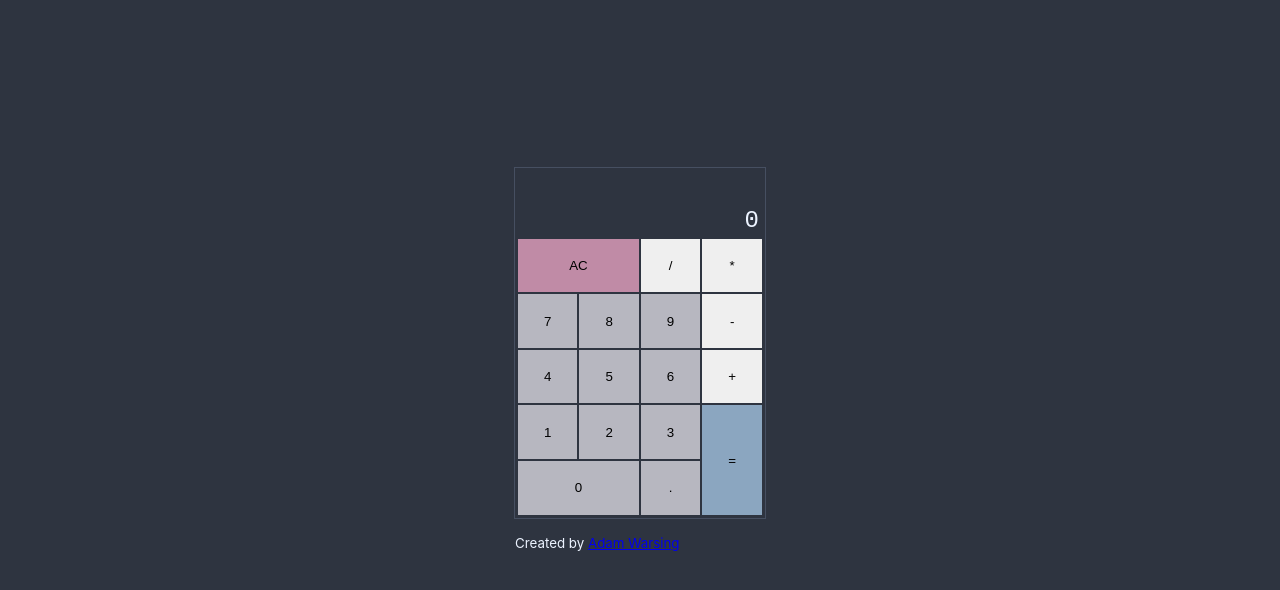
Repository: asing44/FCC
Page: / (app in Front-End-Projects/Calculator/)
An editor plug-in stored every save of this project. The page is shown before and after the next save, followed by the edit.
The browser window is 1280 px wide. The pictures show the whole page.
The project was rebuilt for these pictures with package versions that can differ from the ones it lists, and the page was loaded fresh each time. Also part of the build but not shown: Front-End-Projects/Calculator/vite.config.js.

Above is the page before, as saved 2025-01-06 17:47:05.

After the next save:
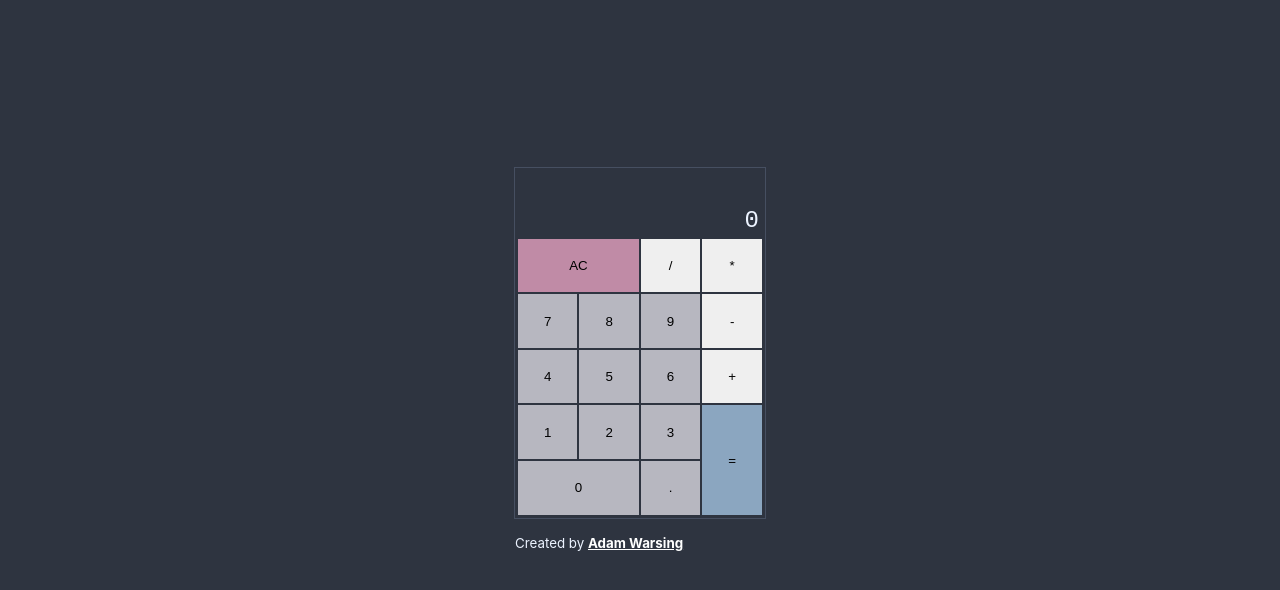
Saved 45 s later.
--- a/Front-End-Projects/Calculator/src/MainApp.vue
+++ b/Front-End-Projects/Calculator/src/MainApp.vue
@@ -6,9 +6,13 @@ import Calculator from './CalculatorMain.vue';
   <main>
     <Calculator class="calculator" />
   </main>
-  <small>Created by <strong><a class="link_attribution" href="https://github.com/asing44">Adam Warsing</a></strong></small>
+  <small>Created by <strong><a class="link_attribution" href="https://github.com/asing44">Adam
+        Warsing</a></strong></small>
 </template>
 
 <style scoped>
-
+.link_attribution {
+color: white;
+font-weight: 700;
+}
 </style>
